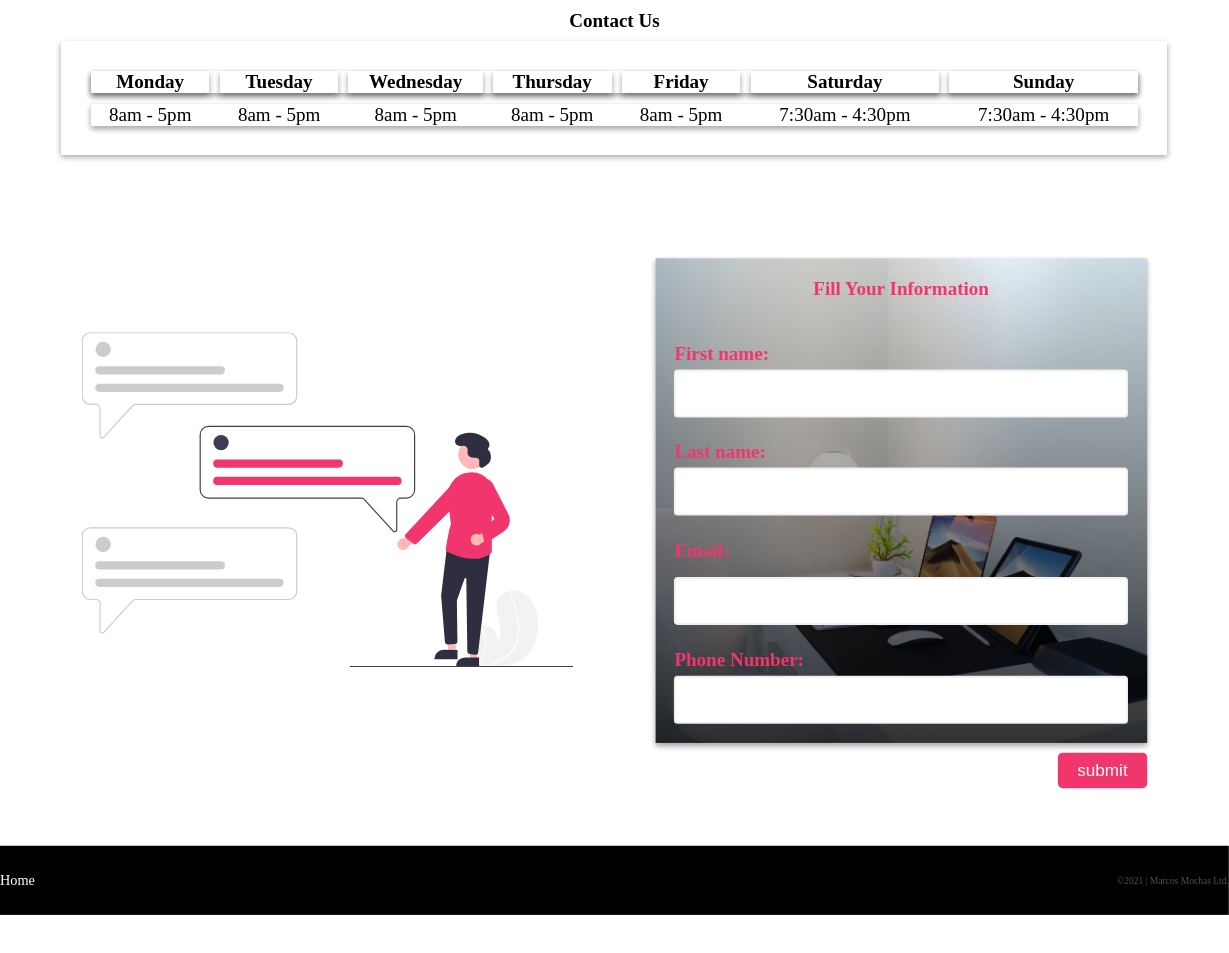
Repository: CAMPSLOPY/marcos-mochas
Page: HTML/contact.html
An editor plug-in stored every save of this project. The page is shown before and after a run of saves, followed by the edit.
The browser window is 1280 px wide. The pictures show the whole page, at 96% of full size.

Above is the page before, as saved 2021-07-05 00:21:38.

After the next 2 saves:
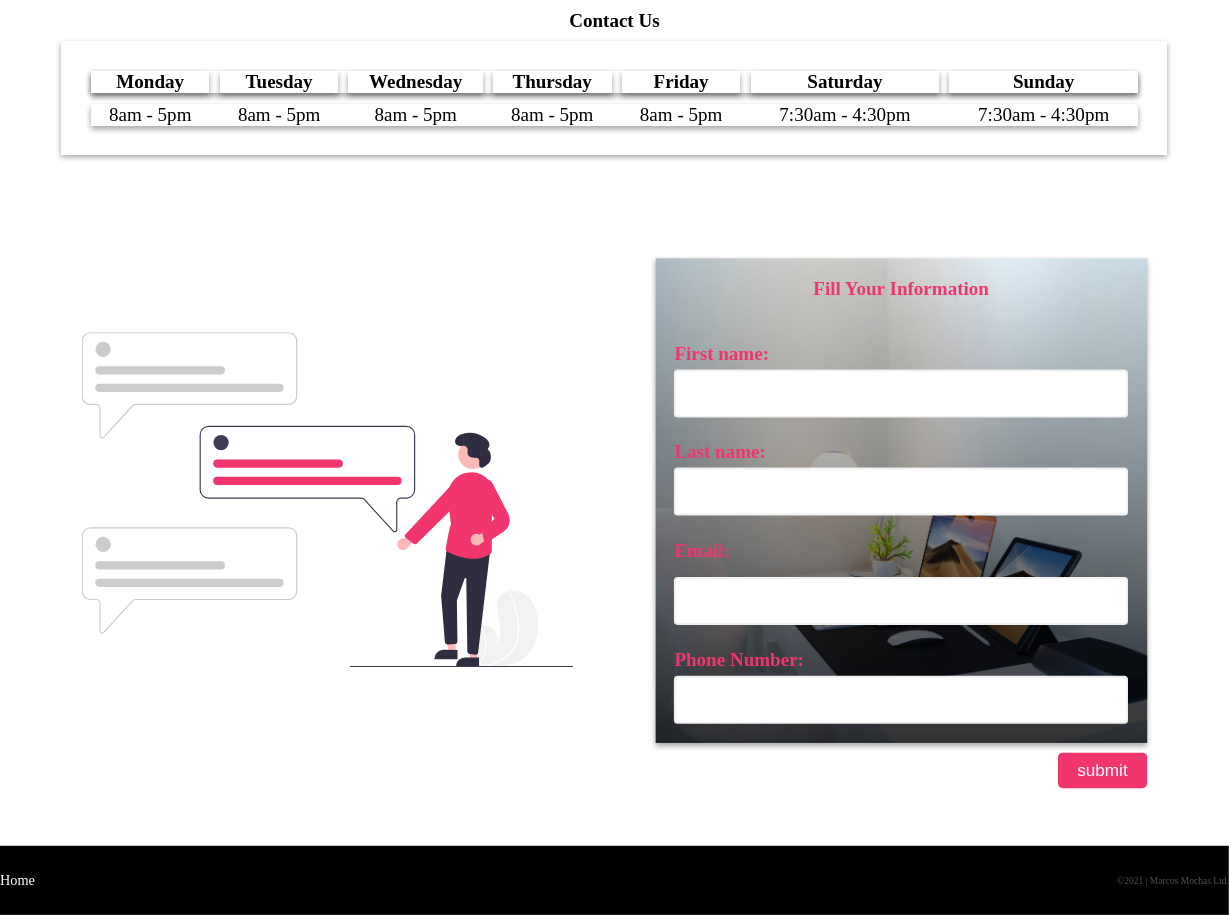
The 2 saves are shown as one change because they came seconds apart.
The last was saved 9 s later.
--- a/CSS/contact.css
+++ b/CSS/contact.css
@@ -145,6 +145,7 @@ footer {
   justify-content: space-between;
   align-items: center;
   position: relative;
+  overflow: hidden;
 }
 footer ul li {
   padding: 1rem 0rem;
@@ -159,7 +160,7 @@ footer ul li a {
 .contact-footer{
     display: inline-block;
     position: absolute;
-    overflow: hidden;
+
 }
 .copyright {
   color: rgba(255, 255, 255, 0.315);
